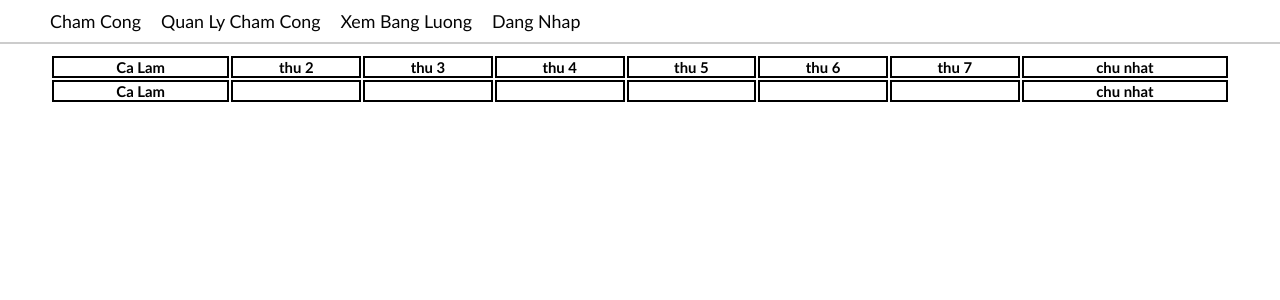
Repository: LDDUNG2003/a
Page: index.html
An editor plug-in stored every save of this project. The page is shown before and after the next save, followed by the edit.
The browser window is 1280 px wide. The pictures show the whole page.

Above is the page before, as saved 2023-10-14 20:00:45.

### index.html
<!DOCTYPE html>
<html lang="en">

<head>
    <meta charset="UTF-8">
    <meta name="viewport" content="width=device-width, initial-scale=1.0">
    <title>trang chu</title>
    <link rel="stylesheet" href="./controlView/css/base.css">
    <link rel="stylesheet" href="./controlView/css/index.css">
</head>

<body>
    <div class="main">
        <!-- start header -->
        <header class="app__header">
            <nav class="navBar">
                <ul class="navBar-list">
                    <li class="navBar--items"><a href="" class="navbar--link">Cham cong</a></li>
                    <li class="navBar--items"><a href="" class="navbar--link">Quan ly cham cong</a></li>
                    <li class="navBar--items">
                        <a href="" class="navbar--link">Xem bang luong</a></li>
                    <!-- login  -->
                    <li class="navBar--items">
                        <a href="./login.html" class="navbar--link">dang nhap</a></li>
                    <!-- admin menu -->
                    <!-- <li class="navBar--items">
                        admin
                        <ul class="account-list">
                            <li class="account--item"><a href="" class="navbar--link">admin</a></li>
                            <li class="account--item"><a href="" class="navbar--link">quan li nhan su</a></li>
                            <li class="account--item"><a href="" class="navbar--link">dang xuat</a></li>
                        </ul>
                    </li> -->
                    <!-- personnel menu -->
                    <!-- <li class="navBar--items">
                        account name
                        <ul class="account-list">
                            <li class="account--item"><a href="" class="navbar--link">cai dat tai khoan</a></li>
                            <li class="account--item"><a href="" class="navbar--link">dang ki ca lam</a></li>
                            <li class="account--item"><a href="" class="navbar--link">dang xuat</a></li>
                        </ul>
                    </li> -->
                </ul>
            </nav>
        </header>
        <!-- end header -->

        <!-- start content -->
        <div class="app__content">
            <table class="content-table">
                <tr class="table--row">
                    <th class="table--item">Ca Lam</th>
                    <th class="table--item">thu 2</th>
                    <th class="table--item">thu 3</th>
                    <th class="table--item">thu 4</th>
                    <th class="table--item">thu 5</th>
                    <th class="table--item">thu 6</th>
                    <th class="table--item">thu 7</th>
                    <th class="table--item">chu nhat</th>
                </tr>
                <tr class="table--row">
                    <th class="table--item">Ca Lam</th>
                    <th class="table--item"></th>
                    <th class="table--item"></th>
                    <th class="table--item"></th>
                    <th class="table--item"></th>
                    <th class="table--item"></th>
                    <th class="table--item"></th>
                    <th class="table--item">chu nhat</th>
                </tr>
            </table>
        </div>
        <!-- end content -->
    </div>
</body>

</html>

### controlView/css/base.css
:root {
    --primary-color: #0066cc;
    --text-color: #040404;
}

* {
    padding: 0px;
    margin: 0px;
    font-family: 'Trebuchet MS', 'Lucida Sans Unicode', 'Lucida Grande', 'Lucida Sans', Arial, sans-serif;
}

html,
body {
    font-size: 0.62rem;
}

.main {}

.app__header {
    width: 100%;
    border-bottom: solid 2px #ccc;
    background-color: #fff;
}

.navBar {
    width: 100%;
    max-width: 1200px;
    margin: auto;
    cursor: pointer;
}

.navBar-list {
    display: flex;
    list-style: none;
}

.navBar--items {
    padding: 10px 10px;
    font-size: 1.8rem;
    position: relative;
    text-transform: capitalize;
    color: var(--text-color);
}

.navBar--items::after {
    content: '';
    padding-top: 5px;
    top: 80%;
    left: 10px;
    display: none;
    /* width: 0px; */
    background-color: var(--primary-color);
    position: absolute;
    width: 70px;
}

.navBar--items:hover .navBar--items::after {
    display: block;
}

.navbar--link {
    text-decoration: none;
    color: inherit;
}

.account-list {
    position: absolute;
    width: 150px;
    display: none;
    list-style: none;
    padding: 4px;
    color: var(--text-color);
    top: 100%;
    left: 0px;
    box-shadow: #414141;
    background-color: white;
}

.navBar--items:hover .account-list {
    display: block;
}

.account--item {
    padding: 5px 0px;
    border-bottom: solid 1px #ccc;
}

### controlView/css/index.css
.app__content {
    width: 100%;
    max-width: 1200px;
    margin: auto;
}

.content-table {
    padding: 10px;
    width: 100%;
    font-size: 1.5rem;
}

.table--row {}

.table--item {
    border: solid 2px #000;
}

After the next save:
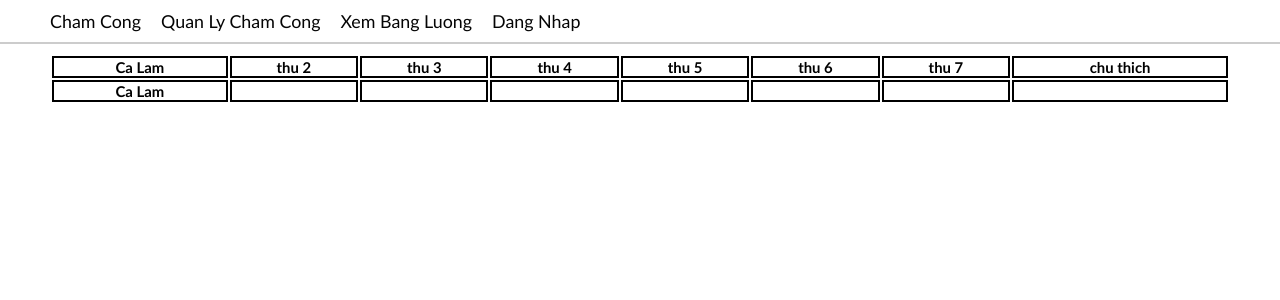
Saved 16 s later.
--- a/index.html
+++ b/index.html
@@ -56,7 +56,7 @@
                     <th class="table--item">thu 5</th>
                     <th class="table--item">thu 6</th>
                     <th class="table--item">thu 7</th>
-                    <th class="table--item">chu nhat</th>
+                    <th class="table--item">chu thich</th>
                 </tr>
                 <tr class="table--row">
                     <th class="table--item">Ca Lam</th>
@@ -66,7 +66,7 @@
                     <th class="table--item"></th>
                     <th class="table--item"></th>
                     <th class="table--item"></th>
-                    <th class="table--item">chu nhat</th>
+                    <th class="table--item"></th>
                 </tr>
             </table>
         </div>
